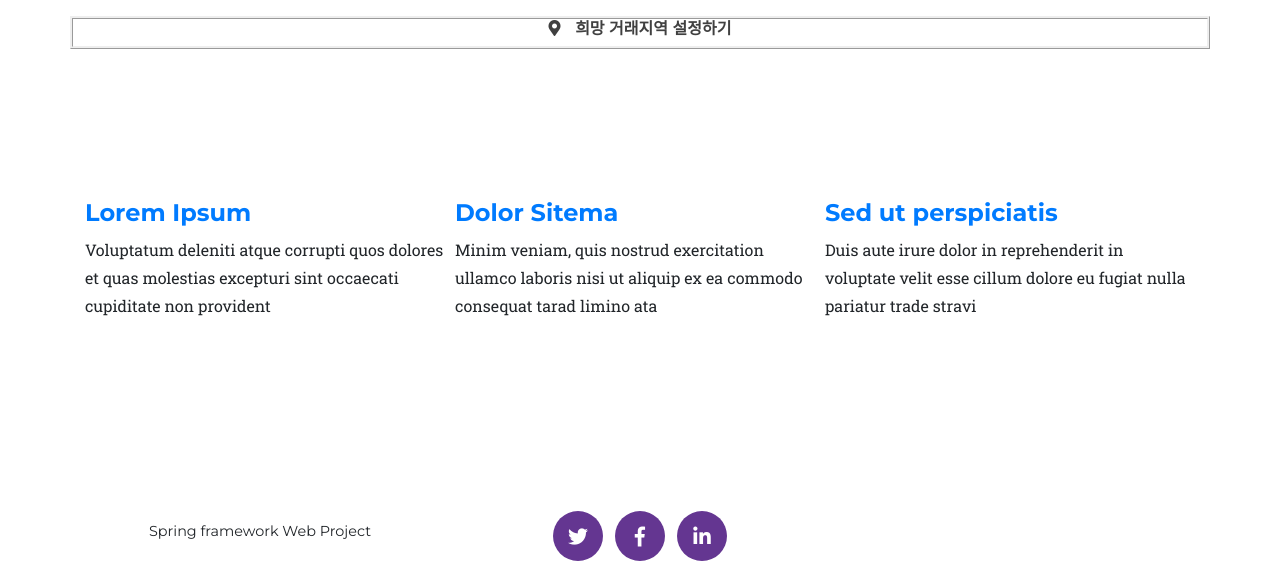
Repository: mim-mim-ji/Cleanmarket_web
Page: http://localhost/CleanMarket/WEB-INF/views/home.jsp
The author's editor kept a copy of each file at every save. The page is drawn from the files as they stood at one save, then again after the next save.
The browser window is 1280 px wide. The pictures show the part of the page from y = 358 to 944 px (the page is 944 px tall before and 941 px after).
Some web fonts or font styles are not loaded; a fallback is used. The page is served by Tomcat 9. Nobody is signed in. Other server files are loaded and not shown. The template is opened directly, without the code that normally fills it, so the values that code supplies are empty.

Above is the page before, as saved 2021-03-18 04:58:47.

### CleanMarket/src/main/webapp/WEB-INF/views/home.jsp
<%@ page language="java" contentType="text/html; charset=UTF-8"
    pageEncoding="UTF-8"%>

<jsp:include page="include/header.jsp" />
<jsp:include page="include/main.jsp" />
<jsp:include page="include/footer.jsp" />

### CleanMarket/src/main/webapp/WEB-INF/views/include/header.jsp
<%@ page language="java" contentType="text/html; charset=UTF-8"
	pageEncoding="UTF-8"%>
<%@ taglib prefix="c" uri="http://java.sun.com/jsp/jstl/core"%>
<!DOCTYPE html>
<html lang="ko">
<head>

<meta charset="UTF-8">
<meta content="width=device-width, initial-scale=1.0" name="viewport">
<meta content="" name="description">
<meta content="" name="keywords">

<title>CleanMarket</title>


<!-- Bootstrap core CSS -->
  <link rel="stylesheet" href="<c:url value='/vendor/bootstrap/css/bootstrap.min.css'/>">

  <!-- Custom fonts for this template -->
  <link rel="stylesheet" type="text/css" href="<c:url value='/vendor/fontawesome-free/css/all.min.css'/>" >
  <link href="https://fonts.googleapis.com/css?family=Montserrat:400,700" rel="stylesheet" type="text/css">
  <link href='https://fonts.googleapis.com/css?family=Kaushan+Script' rel='stylesheet' type='text/css'>
  <link href='https://fonts.googleapis.com/css?family=Droid+Serif:400,700,400italic,700italic' rel='stylesheet' type='text/css'>
  <link href='https://fonts.googleapis.com/css?family=Roboto+Slab:400,100,300,700' rel='stylesheet' type='text/css'>

  <!-- Custom styles for this template -->
  <link rel="stylesheet" href="<c:url value='/css/agency.min.css'/>" >

  <!-- Bootstrap core JavaScript -->
  <script src="<c:url value='/vendor/jquery/jquery.min.js'/>"></script>
  <script src="<c:url value='/vendor/bootstrap/js/bootstrap.bundle.min.js'/>"></script>


  <!-- Plugin JavaScript -->
  <script src="<c:url value='/vendor/jquery-easing/jquery.easing.min.js'/>"></script>
  <script type="text/javascript" src="https://cdn.jsdelivr.net/jquery.validation/1.16.0/jquery.validate.min.js"></script>

  <!-- Contact form JavaScript -->
  <script src="<c:url value='/js/jqBootstrapValidation.js'/>"></script>

</head>

<body id="page-top">


	<!-- Navigation -->
  <nav class="navbar navbar-expand-lg navbar-light fixed-top" id="mainNav">
    <div class="container">
      <a class="navbar-brand" href="/cleanmarket">
      	Clean Market
      </a>
      <button class="navbar-toggler navbar-toggler-right" type="button" data-toggle="collapse" data-target="#navbarResponsive">
        메뉴
        <i class="fas fa-bars"></i>
      </button>

      <div class="collapse navbar-collapse" id="navbarResponsive">
        <ul class="navbar-nav text-uppercase ml-auto">
          <li class="nav-item">
            <a class="nav-link js-scroll-trigger" href="/cleanmarket">HOME</a>
          </li>

          <li class="nav-item dropdown">
            <a class="nav-link js-scroll-trigger dropdown-toggle" data-toggle="dropdown">카테고리</a>
            <div class="dropdown-menu music-menu">

              <div class="dropdown dropright">
		        <a class="dropdown-item dropdown-toggle music-tap" data-toggle="dropdown">여성의류</a>
		      </div>

		      <div class="dropdown dropright">
		        <a class="dropdown-item dropdown-toggle music-tap" data-toggle="dropdown">남성의류</a>

		      </div>

		      <div class="dropdown dropright">
		        <a class="dropdown-item dropdown-toggle music-tap" data-toggle="dropdown">신발</a>
		      </div>

		      <div class="dropdown dropright">
		        <a class="dropdown-item dropdown-toggle music-tap" data-toggle="dropdown">모자/인형/가방</a>
		      </div>
		    </div>
          </li>
          <c:if test="${login == null}" >
          	<li class="nav-item">
            	<a class="nav-link js-scroll-trigger" href="<c:url value='/login' />">LOGIN</a>
         	</li>
         </c:if>
          <c:if test="${login == null}" >
          	<li class="nav-item">
            	<a class="nav-link js-scroll-trigger" href="<c:url value='/join_type_select' />">JOIN</a>
          	</li>
          </c:if>
          <c:if test="${login != null}" >
	          <li class="nav-item">
	            <a class="nav-link js-scroll-trigger" href="#">MYPAGE</a>
	          </li>
	          <li class="nav-item">
	            <a class="nav-link js-scroll-trigger" href="/cleanmarket/logout" onclick="return confirm('로그아웃 하시겠습니까?')">LOGOUT</a>
	          </li>
	          <li class="nav-item">
	            <a class="nav-link js-scroll-trigger" href="#">NOTICE</a>
	          </li>
	          <li class="nav-item">
          </c:if>
          <li class="nav-item">
            <a class="nav-link js-scroll-trigger" href="#"><i class="fas fa-search"></i></a>
          </li>

        </ul>
      </div>
    </div>
  </nav><br><br>

### CleanMarket/src/main/webapp/WEB-INF/views/include/main.jsp
<%@ page language="java" contentType="text/html; charset=UTF-8"
	pageEncoding="UTF-8"%>
<%@ taglib prefix="c" uri="http://java.sun.com/jsp/jstl/core"%>

<div>
	<div align="right" style="background-color: orange; margin-top: 20px; height: 30px; opacity: 0.8;">
		<div class="container">
			<a href="#" style="border-radius: 0px; color: #404040; margin-top: 20px;"><i class="fas fa-pen">&nbsp; 판매하기</i></a>&nbsp;
			<a href="#" style="border-radius: 0px; color: #404040; margin-top: 20px;"><i class="fas fa-map-marker-alt">&nbsp;희망거래지역</i> </a>
		</div>

	</div>
</div>

<div class="owl-item" style="width: 100%">
	<div class='item holder section '
		style='background-image: url(https://cdn.imweb.me/thumbnail/20210224/9bca30e69d209.jpg); background-color: #dddddd; background-repeat: no-repeat; background-size: cover; background-position: 50% 50%;'>
		<div class='op _op' style='position: relative; z-index: 11;'>
			<div class='header-content _visual_height m_ratio'>
				<div class='text _text_wrap'>
					<div class='text-wrap _text fr-view'>
						<h1 style="text-align: center;">
							<br>
						</h1>
						<h1 style="text-align: center;">
							<span style="font-size: 30px; color: white;">크린마켓에서는&nbsp;</span><span
								style="font-size: 30px; color: white;">비대면 중고거래 가능</span>
						</h1>
						<p style="text-align: center;">
							<br>
						</p>
						<h6 style="text-align: center;">
							<span style="font-size: 20px;color: white;">희망 거래 지역 설정하고 중고거래 하자!</span>
						</h6>
						<p>
							<br>
						</p>
						<p>
							<br>
						</p>

					</div>
				</div>
			</div>
		</div>
	</div>
</div>

<div class="container" align="center" style="border-style: ridge;">
	<h6>
		<a style="border-radius: 30px; color: #404040;">
			<span style="margin-right: 10px;">
				<i aria-hidden="true" class="fas fa-map-marker-alt"></i>
			</span>희망 거래지역 설정하기
		</a>
	</h6>
</div>



<main id="main"> <!-- ======= Featured Services Section ======= -->
<section id="featured-services" class="featured-services section-bg">
	<div class="container">

		<div class="row no-gutters">
			<div class="col-lg-4 col-md-6">
				<div class="icon-box">
					<div class="icon">
						<i class="icofont-computer"></i>
					</div>
					<h4 class="title">
						<a href="">Lorem Ipsum</a>
					</h4>
					<p class="description">Voluptatum deleniti atque corrupti quos
						dolores et quas molestias excepturi sint occaecati cupiditate non
						provident</p>
				</div>
			</div>
			<div class="col-lg-4 col-md-6">
				<div class="icon-box">
					<div class="icon">
						<i class="icofont-image"></i>
					</div>
					<h4 class="title">
						<a href="">Dolor Sitema</a>
					</h4>
					<p class="description">Minim veniam, quis nostrud exercitation
						ullamco laboris nisi ut aliquip ex ea commodo consequat tarad
						limino ata</p>
				</div>
			</div>
			<div class="col-lg-4 col-md-6">
				<div class="icon-box">
					<div class="icon">
						<i class="icofont-tasks-alt"></i>
					</div>
					<h4 class="title">
						<a href="">Sed ut perspiciatis</a>
					</h4>
					<p class="description">Duis aute irure dolor in reprehenderit
						in voluptate velit esse cillum dolore eu fugiat nulla pariatur
						trade stravi</p>
				</div>
			</div>
		</div>

	</div>
</section>
<!-- End Featured Services Section --> </main>
<!-- End #main -->

### CleanMarket/src/main/webapp/WEB-INF/views/include/footer.jsp
<%@ page language="java" contentType="text/html; charset=UTF-8"
	pageEncoding="UTF-8"%>
<!-- Footer -->
  <footer>
    <div class="container">
      <div class="row">
        <div class="col-md-4">
          <span class="copyright">Spring framework Web Project</span>
        </div>
        <div class="col-md-4">
          <ul class="list-inline social-buttons">
            <li class="list-inline-item">
              <a href="#" style="background-color: #643691;">
                <i class="fab fa-twitter"></i>
              </a>
            </li>
            <li class="list-inline-item">
              <a href="#" style="background-color: #643691;">
                <i class="fab fa-facebook-f"></i>
              </a>
            </li>
            <li class="list-inline-item">
              <a href="#" style="background-color: #643691;">
                <i class="fab fa-linkedin-in"></i>
              </a>
            </li>
          </ul>
        </div>
      </div>
    </div>
  </footer>

<a href="#" class="back-to-top"><i class="icofont-simple-up"></i></a>

</body>
</html>

Loaded but not shown: CleanMarket/src/main/webapp/resources/css/agency.min.css (library)

After the next save:
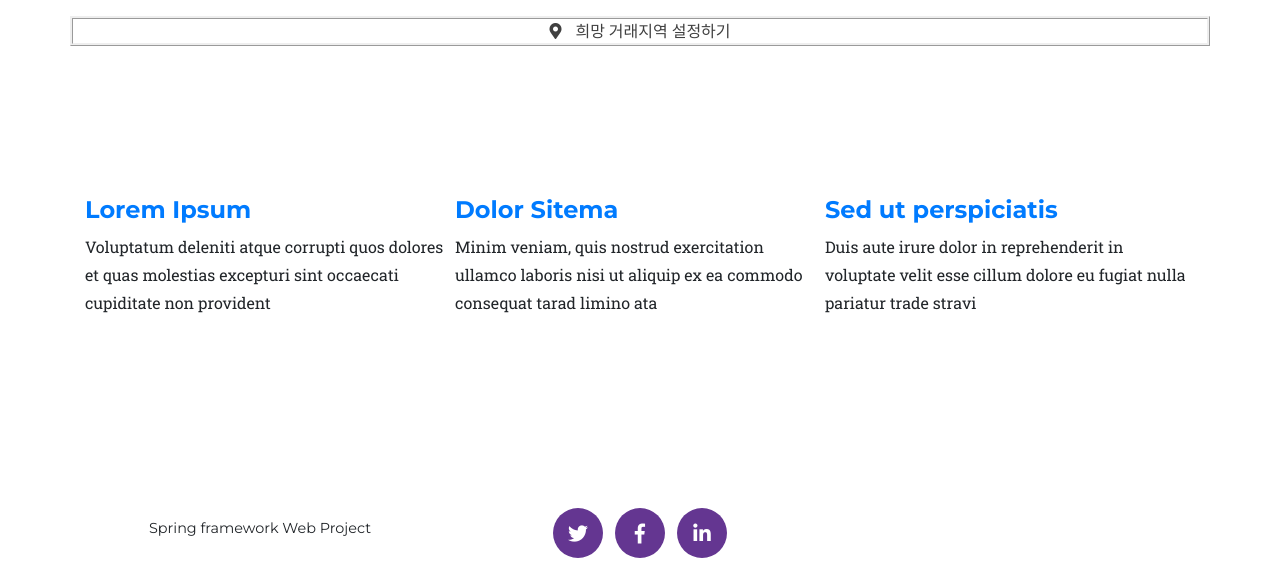
Saved 29 s later.
--- a/CleanMarket/src/main/webapp/WEB-INF/views/include/main.jsp
+++ b/CleanMarket/src/main/webapp/WEB-INF/views/include/main.jsp
@@ -47,13 +47,11 @@
 </div>
 
 <div class="container" align="center" style="border-style: ridge;">
-	<h6>
 		<a style="border-radius: 30px; color: #404040;">
 			<span style="margin-right: 10px;">
 				<i aria-hidden="true" class="fas fa-map-marker-alt"></i>
 			</span>희망 거래지역 설정하기
 		</a>
-	</h6>
 </div>
 
 
